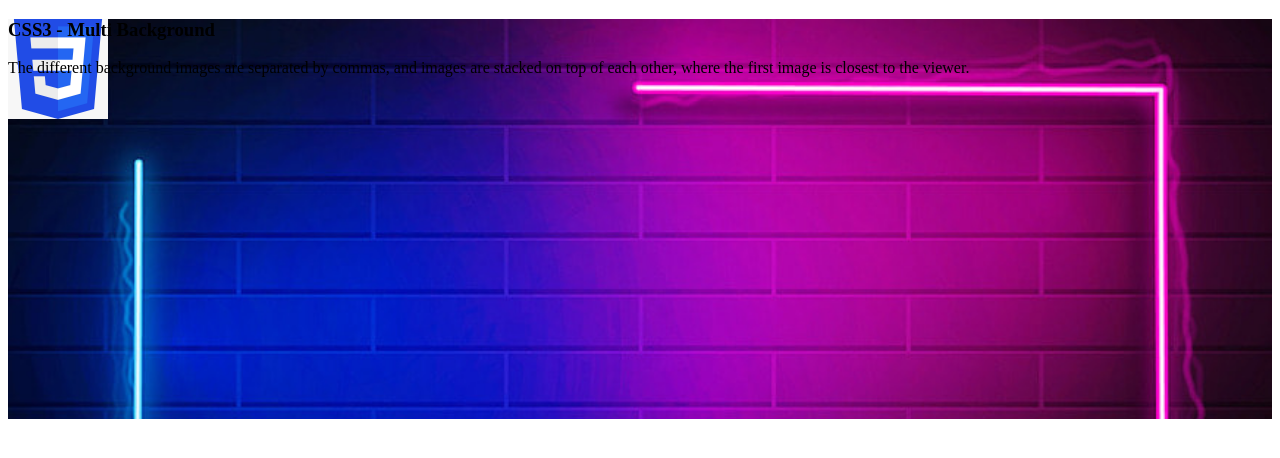
Repository: Pema-yangki/Css
Page: fed.html
An editor plug-in stored every save of this project. The page is shown before and after a run of saves, followed by the edit.
The browser window is 1280 px wide. The pictures show the whole page.

Above is the page before, as saved 2024-03-22 10:41:43.

### fed.html
<!-- <!DOCTYPE html>
<html lang="en">
<head>
    <meta charset="UTF-8">
    <meta name="viewport" content="width=device-width, initial-scale=1.0">
    <title>Document</title>
    <style>
        h1[name="greetings"]{
            color: brown;
        }
        h1[name ="king"]{
            color:aqua
        }
        h1[name="okay"]{
            color:blueviolet
        }
    </style> -->
    <!-- <style>
        table{
            border: 1px solid black;
            /* border-collapse: separate; */
            border-spacing: 15px;

        }

        table, th, td{
            border: 1px solid black;
            /* border-collapse: collapse; */

        }
    </style>
</head>
<body> -->
   <!-- <h1 name = "greetings">hello</h1>
   <h1 name = "king" >hi</h1>
   <h1 name = "okay">bye</h1> -->
   <!-- <table>
    <tr>
        <th>Name</th>
        <th>College</th>
        <th>Specialization</th>
    </tr>
    <tr>
        <td>kinley</td>
        <td >GCIT</td>
        <td>Full stack</td>
    </tr>
    <tr>
        <td>Pema</td>
        <td>GCIT</td>
        <td>AI</td>
    </tr>
    <tr>
        <td>yangki</td>
        <td>GCIT</td>
        <td>Blockchain</td>
    </tr>
    </table> -->

    <!-- <table>
      <thead>
        table rows
      </thead>
      <tfoot>
        table rows
      </tfoot>
      <tbody>
        table rows
      </tbody>
    </table>
</body>
</html>  -->


<!-- time table -->
<!-- <!DOCTYPE html>
<html lang="en">
<head>
    <meta charset="UTF-8">
    <meta name="viewport" content="width=device-width, initial-scale=1.0">
    <title>Document</title>
    <style>
        table.programs{
            background: white;
            border: 15px outset rgb(250, 246, 246);
            border-collapse:collapse;
            font-family: 'Times New Roman', Times, serif;
            width: 100%;
        }
        table.programs tr{
            height: 25px;
        }
        table.programs th, table.programs td{
            border: 1px solid rgb(243, 235, 235);
            padding: 5px;
            vertical-align: top;
        }
        col.timeColumn {
            background: rgb(170, 144, 59);
            width: 10%;
        }
        col.wDayColumns {
            background: rgb(201, 123, 6);
        }
        col.wEndColumns {
        background: rgb(187, 172, 90);
        width: 17.5%;
        }
        table.programs caption {
        caption-side: bottom;
        text-align: center;
        }
        table.programs thead{
        color:white;
        background-color: rgb(177, 112, 16);
        }
        table.programs thead th:first-of-type{
        color:white;
        background-color: rgb(174, 184, 38);
        }
table.programs thead th:nth-of-type(7),
table.programs thead th:nth-of-type(8) {
color:white;
background-color: rgb(153, 125, 0);
}
table.programs tfoot{
color:white;
background-color: black;
}



        </style>
</head>

<body>
    <table class="programs">
        <caption>full stack daily shedule</caption>
        <colgroup>
        <col class="timeColumn">
        <col class="wDayColumns" span="5">
        <col class="wEndColumns" span="2">
        </colgroup>
        <thead>
            <tr>
                <th>Time</th>
                <th>Mon</th>
                <th>Tue</th>
                <th>Wed</th>
                <th>Thu</th>
                <th>Fri</th>
                <th>Sat</th>
                <th>Sun</th>
            </tr>
        </thead>

        <tfoot>
            <tr>
                <td colspan="8">
                    GCIT Full Stack Program daily shedule ends its activities at 9:30
                </td>
            </tr>
        </tfoot>
        <tbody>
            <tr>
                <th>5:30 Am</th>
                    <td rowspan="1" colspan="5">Good Morning/Lazy Morning</td>
                    <td rowspan="4" colspan="1">Slow Weekends</td>
                    <td rowspan="2" colspan="1">Sunday Morning</td>

            </tr>
            <tr>
                <th>5:30 AM </th>
                    <td rowspan="3" colspan="5">Start Your Engine!</td>

            </tr>
            <tr>
                <th>6:00 AM </th>
                    <td rowspan="2" colspan="1">Weekend Yoga</td>

            </tr>
            <tr>
                <th>6:30 AM  </th>
            </tr>
            <tr>
                <th>7:00 AM  </th>
                    <td rowspan="1" colspan="5">Breakfast News</td>
                    <td rowspan="2" colspan="1">Weekend Yoga</td>
                    <td rowspan="2" colspan="1">Advanced Pilate</td>

            </tr>
            <tr>
                <th>7:30 AM </th>
                    <td rowspan="1" colspan="5">General Cleaning</td>

            </tr>
            <tr>
                <th>8:00 AM </th>
                    <td rowspan="4" colspan="5">Designing Layout</td>
                    <td rowspan="3" colspan="1">Testing</td>
                    <td rowspan="4" colspan="1">Case Study</td>

            </tr>
            <tr>
                <th>8:30 AM </th>
            </tr>
            <tr>
                <th>9:00 AM </th>
            </tr>
            <tr>
                <th>9:30 AM</th>
                    <td rowspan="3" colspan="1">Weight Yoga</td>

            </tr>
            <tr>
                <th>10:00 AM</th>
                    <td rowspan="4" colspan="5">Coding</td>
                    <td rowspan="1" colspan="1">Play time</td>

            </tr>
            <tr>
                <th>10:30 AM  </th>
                    <td rowspan="1" colspan="1">Brain Spa</td>

            </tr>
            <tr>
                <th>11:00 AM</th>
                <td rowspan="3" colspan="1">Outdoor Games</td>
                <td rowspan="1" colspan="1">The Meditative Mind</td>
                </tr>


            <tr>
                <th>11:30 AM </th>
                <td rowspan="1" colspan="1">Stretches</td>

            </tr>
            <tr>
                <th>12:00 PM   </th>
                <td rowspan="1" colspan="5">Lunch News</td>
                <td rowspan="1" colspan="1">Indoor Games</td>

            </tr>
        </tbody>
    </table>
</body>
</html> -->


<!DOCTYPE html>
<html lang="en">
<head>
    <meta charset="UTF-8">
    <meta name="viewport" content="width=device-width, initial-scale=1.0">
    <title>Document</title>
    <style>
        #background {
        background-image: url(feeeee.jpeg), url(cd.jpeg);
        background-position: left top;
        background-repeat: no-repeat, repeat;
        background-size: 100px 100px, cover;
        }
        </style>
</head>
<body>
    <div id="background" style="height: 400px;">
        <h3>CSS3 - Multi Background</h3>
        <p>The different background images are separated by commas, and images are stacked on
        top of each other, where the first image is closest to the viewer.</p>
        </div>
</body>
</html>

After the next 2 saves:
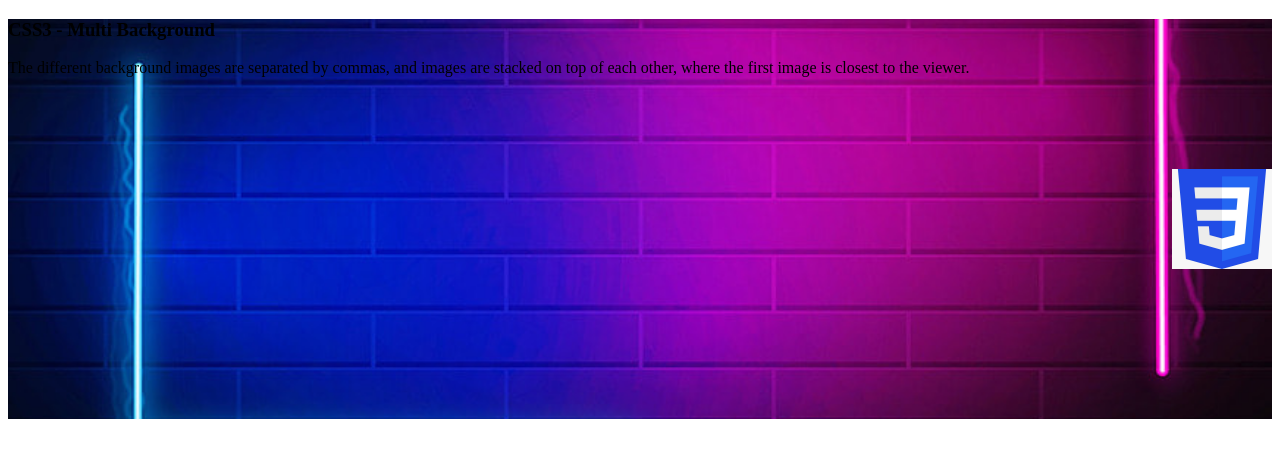
The 2 saves are shown as one change because they came seconds apart.
The last was saved 15 s later.
--- a/fed.html
+++ b/fed.html
@@ -256,7 +256,7 @@ background-color: black;
     <style>
         #background {
         background-image: url(feeeee.jpeg), url(cd.jpeg);
-        background-position: left top;
+        background-position: right;
         background-repeat: no-repeat, repeat;
         background-size: 100px 100px, cover;
         }
